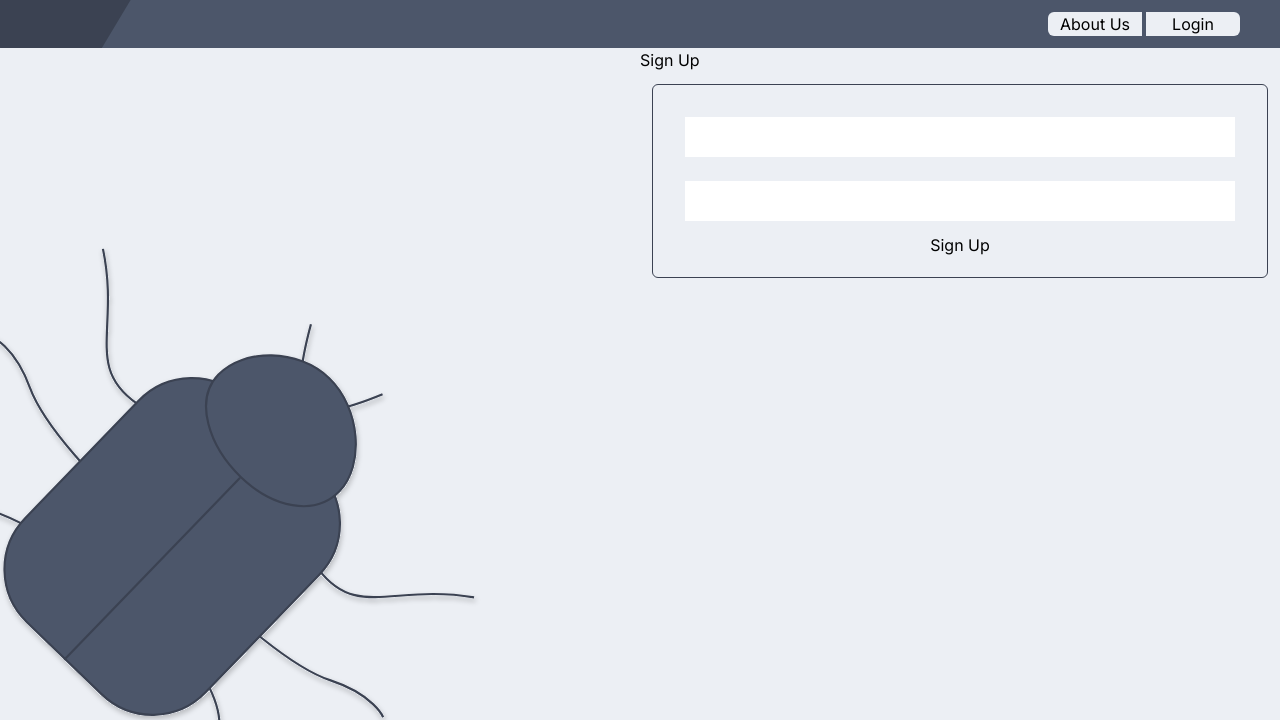
Repository: Qu4ntumGuy/project-bug
Page: /signup
An editor plug-in stored every save of this project. The page is shown before and after the next save, followed by the edit.
The browser window is 1280 px wide. The pictures show the whole page.
The project was rebuilt for these pictures with package versions that can differ from the ones it lists, and the page was loaded fresh each time. The framework's server and built-in components were replaced by stand-ins that run in the browser. Also part of the build but not shown: next.config.mjs, src/components/Diamond.module.css, src/components/Navbar.js.

Above is the page before, as saved 2024-02-13 23:42:03.

### src/app/layout.js
import { Inter } from "next/font/google";
import "./globals.css";

const inter = Inter({ subsets: ["latin"] });

export default function RootLayout({ children }) {
  return (
    <html lang="en">
      <head>
        <title>Project-bug</title>
        <meta name="description" content="Description goes here." />
        <link rel="preconnect" href="https://fonts.googleapis.com" />
        <link rel="preconnect" href="https://fonts.gstatic.com" crossorigin />
        <link
          href="https://fonts.googleapis.com/css2?family=Fira+Code:wght@300;400;500;600&display=swap"
          rel="stylesheet"
        />
      </head>
      <body className={inter.className}>{children}</body>
    </html>
  );
}

### src/app/signup/layout.js
"use client";
import Navbar from "@/components/Navbar";
import Image from "next/image";
import reactangle from "../../../public/Rectangle 5.svg";

export default function Signup({ children }) {
  //   const { data: session, status } = useSession();

  return (
    <>
      <nav className="h-[10%] relative w-full z-10 bg-[#4C566A] flex justify-end">
        <div className="absolute flex -left-1 -top-1">
          <Image
            src={reactangle}
            alt="reactangle"
            height={52}
            className=" rounded-md"
          />
        </div>
        <div className="flex m-3 w-48 mr-10 justify-between">
          <div className="flex cursor-pointer bg-[#ECEFF4] w-full mr-1 rounded-l-md items-center justify-center align-middle">
            <button className="" onClick={() => signupHandler}>
              About Us
            </button>
          </div>
          <div className="flex bg-[#ECEFF4] cursor-pointer w-full rounded-r-md items-center justify-center align-middle">
            <button onClick={() => loginHandler}>Login</button>
          </div>
        </div>
      </nav>
      <div className="w-full overflow-hidden">{children}</div>
    </>
  );
}

### src/app/signup/page.js
import Image from "next/image";
import bug from "../../../public/Bug.svg";

export default function Signup() {
  return (
    <div className="flex justify-between">
      <div className="w-full">
        <Image
          className=" absolute left-0 bottom-0"
          height={550}
          src={bug}
          alt="bug"
        />
      </div>
      <div className="w-full flex flex-col">
        <div>Sign Up</div>
        <form className="flex m-3 p-5 flex-col border border-[#3B4252] rounded-md">
          <input className="m-3 p-2" type="text" />
          <input className="m-3 p-2" type="email" />
          <button>Sign Up</button>
        </form>
      </div>
    </div>
  );
}

### src/app/globals.css
@tailwind base;
@tailwind components;
@tailwind utilities;

/* :root {
  --foreground-rgb: 0, 0, 0;
  --background-start-rgb: 214, 219, 220;
  --background-end-rgb: 255, 255, 255;
} */

/* @media (prefers-color-scheme: dark) {
  :root {
    --foreground-rgb: 255, 255, 255;
    --background-start-rgb: 0, 0, 0;
    --background-end-rgb: 0, 0, 0;
  }
} */

body {
  color: rgb(var(--foreground-rgb));
  background: rgba(236, 239, 244, 1);
  font-family: 'Fira Code', monospace;
}

@font-face {
  font-family: "Fira Code";
  src: url("../../public/font/FiraCode-VariableFont_wght.ttf")
    format("truetype");
}


/* @layer utilities {
  .text-balance {
    text-wrap: balance;
  }
} */

Loaded but not shown: tailwind.config.js (common file)

After the next save:
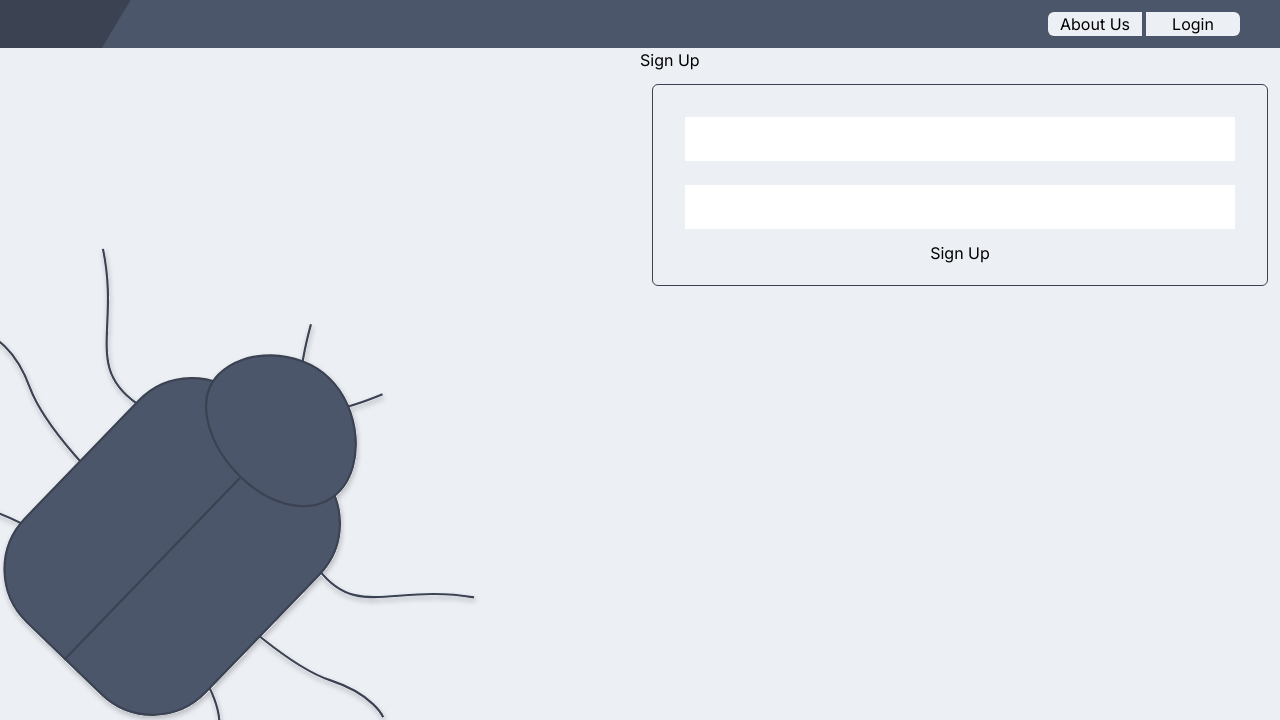
Saved 19 s later.
--- a/src/app/signup/page.js
+++ b/src/app/signup/page.js
@@ -15,8 +15,8 @@ export default function Signup() {
       <div className="w-full flex flex-col">
         <div>Sign Up</div>
         <form className="flex m-3 p-5 flex-col border border-[#3B4252] rounded-md">
-          <input className="m-3 p-2" type="text" />
-          <input className="m-3 p-2" type="email" />
+          <input className="m-3 p-2 text-xl" type="text" />
+          <input className="m-3 p-2 text-xl" type="email" />
           <button>Sign Up</button>
         </form>
       </div>
